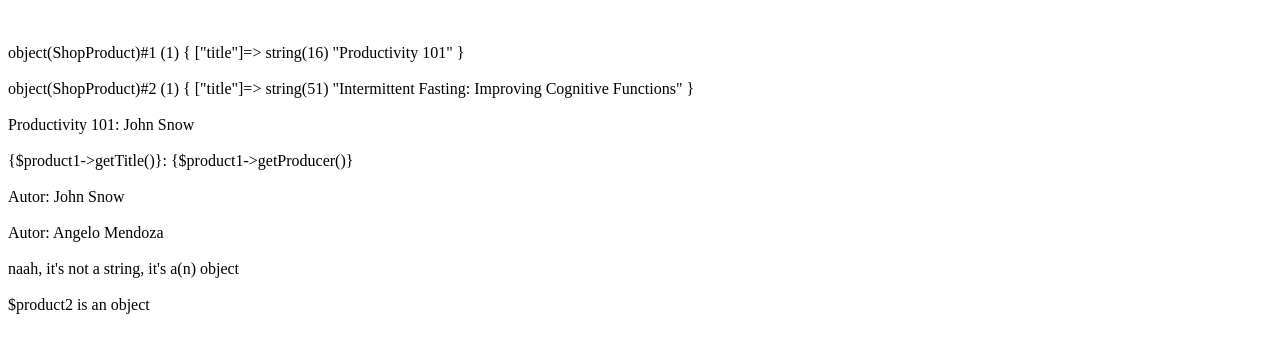
Repository: wojciechDrozd/php
Page: http://localhost/Tryouts.php
An editor plug-in stored every save of this project. The page is shown before and after the next save, followed by the edit.
The browser window is 1280 px wide. The pictures show the whole page.
The page is run by PHP 8.4 with error messages shown; the project is at /var/www/html/.

Above is the page before, as saved 2017-03-04 06:54:17.

### Pro/Tryouts.php
<?php

class ShopProduct {

	public $title;
	public $producerMainName;
	public $producerFirstName;
	public $price;

	public function __construct($title,$producerFirstName,$producerMainName,$price){
		$this->title = $title;
		$this->producerFirstName = $producerFirstName;
		$this->producerMainName = $producerMainName;
		$this->price = $price;

	}

	public function getTitle(){
		return $this->title;
	}

	public function getPrice(){
		return $this->price;
	}

	public function getProducer(){

		return "{$this->producerFirstName} ".
				"{$this->producerMainName}";
	}

	public function write($shopProduct){
		$string = "{$shopProduct->getTitle()}".
		"{$shopProduct->getProducer()} ".
		"{$shopProduct->getPrice()}";

		return $string;
	}


	//changing output from var_dump(), always return array
	public function __debugInfo(){

		return array('title' => $this->title);
	}
}

$product1 = new ShopProduct("Productivity 101","John", "Snow", 9.99);
$product2 = new ShopProduct("Intermittent Fasting: Improving Cognitive Functions","Angelo","Mendoza", "14.99");

$product1->write($product1);




















print "<br><br>";
var_dump($product1);

print '<br><br>';
var_dump($product2);

print "<br><br>";

echo "{$product1->getTitle()}: "."{$product1->getProducer()}";
print "<br><br>";
echo '{$product1->getTitle()}: '.'{$product1->getProducer()}';
print "<br><br>";
print "Autor: ".$product1->getProducer();
print "<br><br>";
print "Autor: ".$product2->getProducer();
print "<br><br>";

if(is_string($product1))
	print "yes, it's a ".gettype($product1);
else
	print "naah, it's not a string, it's a(n) ".gettype($product1);


print "<br><br>";
if(is_object($product2))
	print '$product2 is an object';

print "<br><br>";
print "<br><br>";
print "<br><br>";
print "<br><br>";


?>

After the next save:
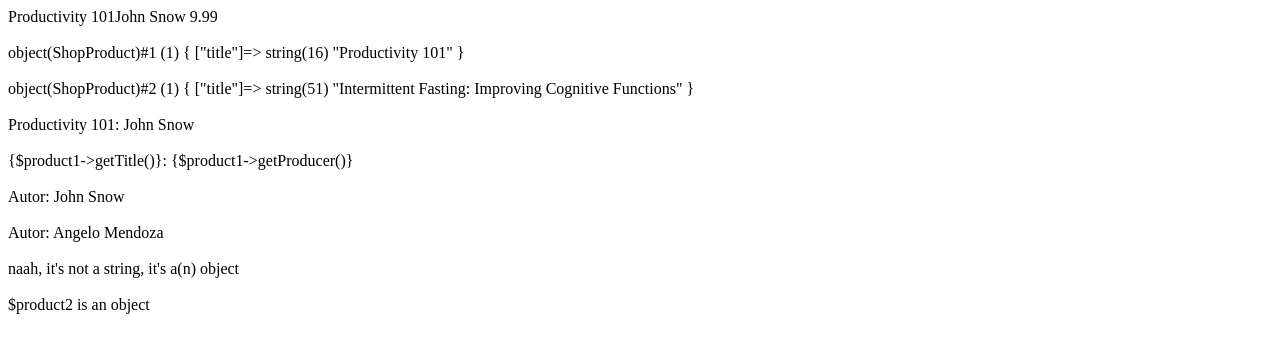
Saved 29 s later.
--- a/Pro/Tryouts.php
+++ b/Pro/Tryouts.php
@@ -34,7 +34,7 @@ class ShopProduct {
 		"{$shopProduct->getProducer()} ".
 		"{$shopProduct->getPrice()}";
 
-		return $string;
+		print $string;
 	}
 
 
